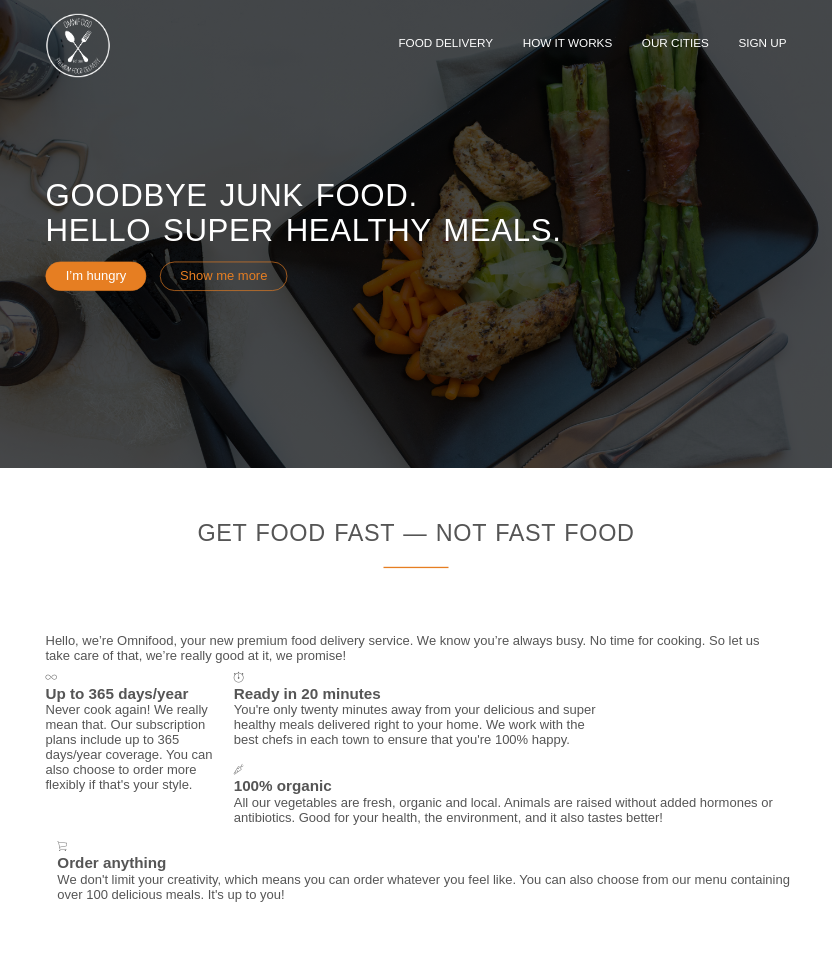
Repository: pboi18/E-Foods
Page: index.html
The author's editor kept a copy of each file at every save. The page is drawn from the files as they stood at one save, then again after the next save.
The browser window is 1280 px wide. The pictures show the whole page, at 65% of full size.

Above is the page before, as saved 2020-07-09 23:39:16.

After the next save:
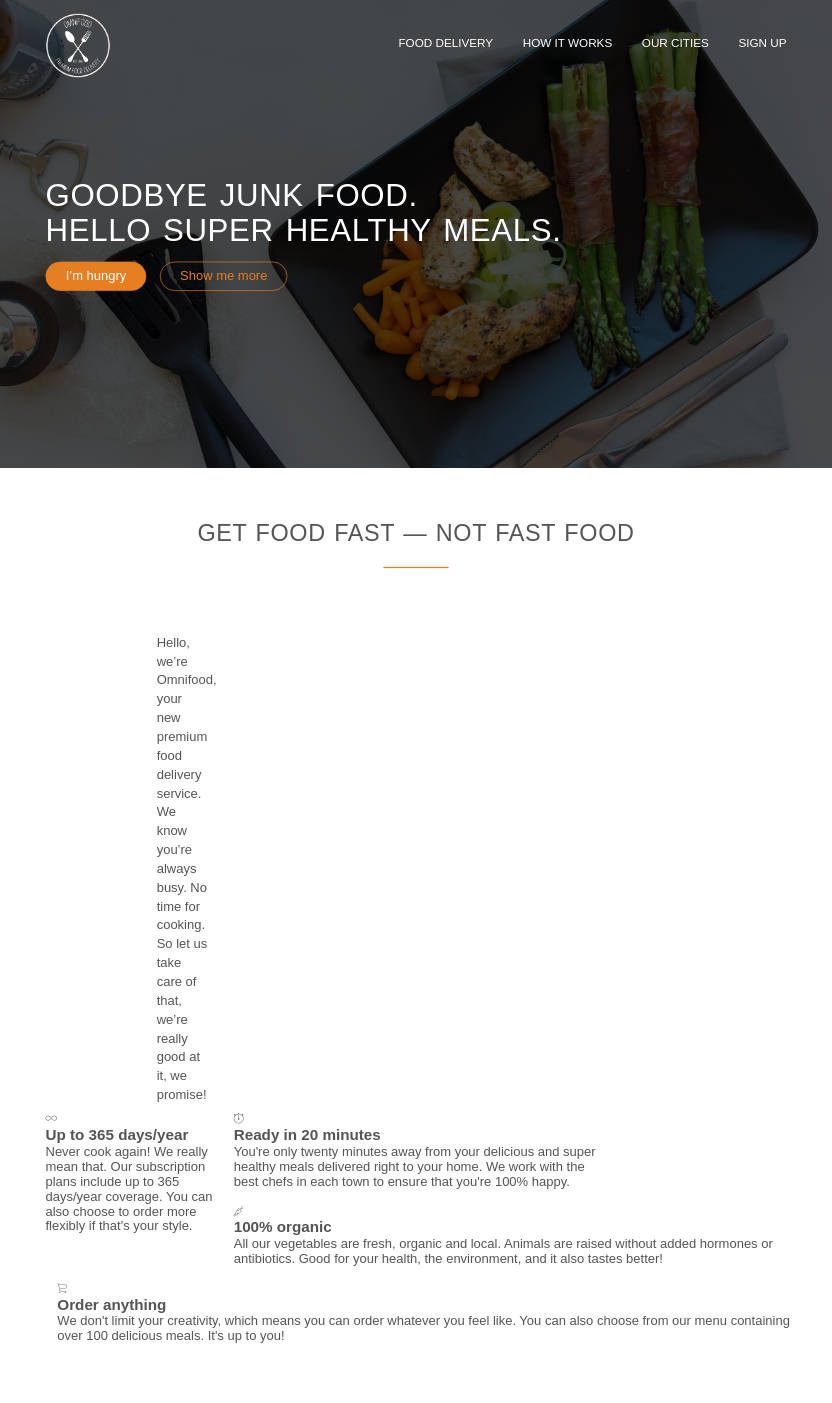
Saved 24 s later.
--- a/index.html
+++ b/index.html
@@ -36,7 +36,7 @@
         <section class="section-features">
             <div class="row">
                 <h2>Get food fast &mdash; not fast food</h2>
-                <p class="longcopy">
+                <p class="long-copy">
                     Hello, we’re Omnifood, your new premium food delivery service. We know you’re always busy. No time for cooking. So let us take care of that, we’re really good at it, we promise!
                 </p>
             </div>
